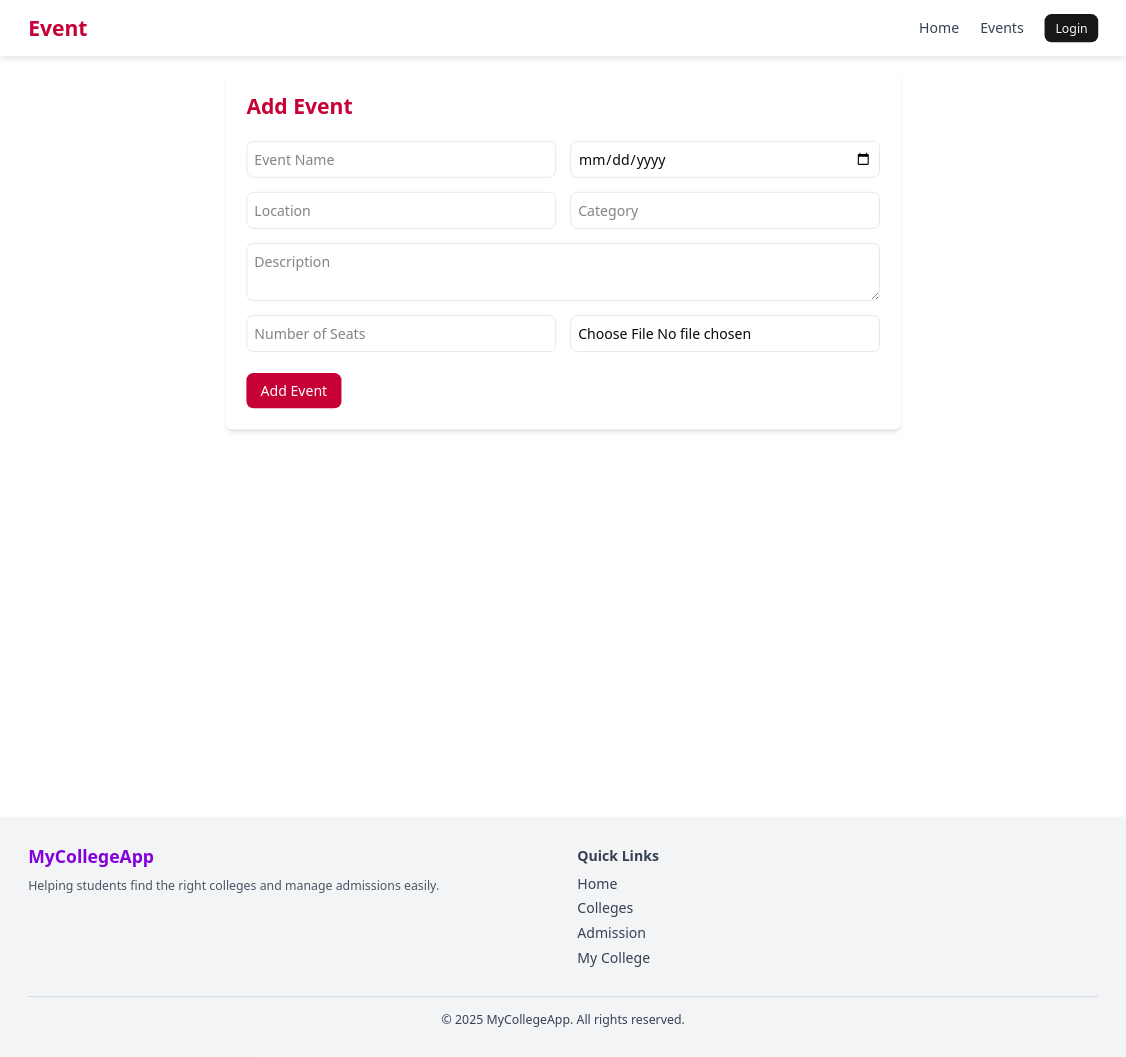
Repository: shshafin/event-client
Page: /add-event
An editor plug-in stored every save of this project. The page is shown before and after a run of saves, followed by the edit.
The browser window is 1280 px wide. The pictures show the whole page, at 88% of full size.
The page's requests for data from a server got no answer. The project was rebuilt for these pictures with package versions that can differ from the ones it lists, and the page was loaded fresh each time. The framework's server and built-in components were replaced by stand-ins that run in the browser. No one was signed in, and anything a server would have sent is missing. Also part of the build but not shown: next.config.ts, src/components/ui/dropdown-menu.tsx.

Above is the page before, as saved 2025-10-30 01:04:46.

### src/app/layout.tsx
import "@/styles/globals.css";
import { Viewport } from "next";
import clsx from "clsx";

import { fontSans } from "@/config/font";
import { Providers } from "@/lib/provider";

export const viewport: Viewport = {
  themeColor: [
    { media: "(prefers-color-scheme: light)", color: "white" },
    { media: "(prefers-color-scheme: dark)", color: "black" },
  ],
};

export default function RootLayout({
  children,
}: {
  children: React.ReactNode;
}) {
  return (
    <html
      suppressHydrationWarning
      lang="en">
      <head />
      <body
        className={clsx(
          "min-h-screen bg-background font-sans antialiased",
          fontSans.variable
        )}>
        <Providers>{children}</Providers>
      </body>
    </html>
  );
}

### src/app/(withCommonLayout)/layout.tsx
import Footer from "@/components/ui/Footer";
import Navbar from "@/components/ui/Navbar";
import React from "react";

const withCommonLayout = ({ children }: { children: React.ReactNode }) => {
  return (
    <div className="relative flex flex-col h-screen">
      <Navbar />
      <main>{children}</main>
      <Footer />
    </div>
  );
};

export default withCommonLayout;

### src/app/(withCommonLayout)/(admin)/add-event/page.tsx
"use client";

import { useState } from "react";
import { zodResolver } from "@hookform/resolvers/zod";
import * as z from "zod";
import { useAddEvent } from "@/hooks/event.hook";
import FXForm from "@/components/form/FXForm";
import { useFormContext } from "react-hook-form";

// Event validation schema
const eventSchema = z.object({
  name: z.string().min(1, "Event name is required"),
  date: z.string().min(1, "Date is required"),
  location: z.string().min(1, "Location is required"),
  category: z.string().min(1, "Category is required"),
  description: z.string().min(1, "Description is required"),
  numberOfSeats: z.number().min(1, "Number of seats must be at least 1"),
  image: z.any(),
});

type EventFormValues = z.infer<typeof eventSchema>;

// Input fields using useFormContext
const EventFormInputs = () => {
  const {
    register,
    formState: { errors },
  } = useFormContext<EventFormValues>();

  return (
    <div className="grid gap-4 sm:grid-cols-1 md:grid-cols-2">
      <div className="flex flex-col">
        <input
          type="text"
          placeholder="Event Name"
          {...register("name")}
          className="border p-2 rounded-md w-full"
        />
        {errors.name && (
          <p className="text-red-500 text-sm">{errors.name.message}</p>
        )}
      </div>

      <div className="flex flex-col">
        <input
          type="date"
          {...register("date")}
          className="border p-2 rounded-md w-full"
        />
        {errors.date && (
          <p className="text-red-500 text-sm">{errors.date.message}</p>
        )}
      </div>

      <div className="flex flex-col">
        <input
          type="text"
          placeholder="Location"
          {...register("location")}
          className="border p-2 rounded-md w-full"
        />
        {errors.location && (
          <p className="text-red-500 text-sm">{errors.location.message}</p>
        )}
      </div>

      <div className="flex flex-col">
        <input
          type="text"
          placeholder="Category"
          {...register("category")}
          className="border p-2 rounded-md w-full"
        />
        {errors.category && (
          <p className="text-red-500 text-sm">{errors.category.message}</p>
        )}
      </div>

      <div className="flex flex-col md:col-span-2">
        <textarea
          placeholder="Description"
          {...register("description")}
          className="border p-2 rounded-md w-full"
        />
        {errors.description && (
          <p className="text-red-500 text-sm">{errors.description.message}</p>
        )}
      </div>

      <div className="flex flex-col">
        <input
          type="number"
          placeholder="Number of Seats"
          {...register("numberOfSeats", { valueAsNumber: true })}
          className="border p-2 rounded-md w-full"
        />
        {errors.numberOfSeats && (
          <p className="text-red-500 text-sm">{errors.numberOfSeats.message}</p>
        )}
      </div>

      <div className="flex flex-col">
        <input
          type="file"
          accept="image/*"
          {...register("image")}
          className="border p-2 rounded-md w-full"
        />
      </div>
    </div>
  );
};

export default function AddEventPage() {
  const { mutateAsync, isPending } = useAddEvent();
  const [error, setError] = useState<string | null>(null);

  const handleSubmit = async (data: EventFormValues) => {
    try {
      const formData = new FormData();
      formData.append("name", data.name);
      formData.append("date", data.date);
      formData.append("location", data.location);
      formData.append("category", data.category);
      formData.append("description", data.description);
      formData.append("numberOfSeats", data.numberOfSeats.toString());

      if (data.image?.length > 0) {
        formData.append("image", data.image[0]);
      }

      await mutateAsync(formData);
      alert("Event created successfully!");
    } catch (err: any) {
      setError(err.message || "Failed to create event");
    }
  };

  return (
    <section className="h-200">
      <div className="max-w-3xl mx-auto mt-20 p-4 sm:p-6 bg-white shadow-md rounded-md">
        <h2 className="text-2xl font-bold mb-6 text-rose-700 text-center sm:text-left">
          Add Event
        </h2>

        <FXForm
          onSubmit={handleSubmit}
          resolver={zodResolver(eventSchema)}>
          <EventFormInputs />

          {error && <p className="text-red-500 mt-2">{error}</p>}

          <button
            type="submit"
            disabled={isPending}
            className="mt-6 w-full sm:w-auto bg-rose-700 text-white py-2 px-4 rounded-md hover:bg-rose-800 transition-colors duration-200">
            {isPending ? "Submitting..." : "Add Event"}
          </button>
        </FXForm>
      </div>
    </section>
  );
}

### src/lib/provider/index.tsx
"use client";

import * as React from "react";
import { QueryClient, QueryClientProvider } from "@tanstack/react-query";
import { Toaster } from "sonner";
import UserProvider from "@/context/user.provider";

export interface ProvidersProps {
  children: React.ReactNode;
}

export function Providers({ children }: ProvidersProps) {
  const queryClient = new QueryClient();

  return (
    <QueryClientProvider client={queryClient}>
      <UserProvider>
        <Toaster
          richColors
          position="top-center"
          closeButton
        />
        {children}
      </UserProvider>
    </QueryClientProvider>
  );
}

### src/components/ui/Footer.tsx
"use client";

import Link from "next/link";

export default function Footer() {
  return (
    <footer className="bg-gray-100 dark:bg-gray-900 text-gray-700 dark:text-gray-300 py-8 mt-12">
      <div className="max-w-7xl mx-auto px-4 sm:px-6 lg:px-8">
        <div className="grid grid-cols-1 md:grid-cols-2 gap-8">
          {/* Logo & description */}
          <div>
            <span className="font-bold text-xl text-purple-700">
              MyCollegeApp
            </span>
            <p className="mt-2 text-sm text-gray-600 dark:text-gray-400">
              Helping students find the right colleges and manage admissions
              easily.
            </p>
          </div>

          {/* Quick Links */}
          <div>
            <h3 className="font-semibold mb-2">Quick Links</h3>
            <ul className="space-y-1">
              <li>
                <Link
                  href="/"
                  className="hover:text-purple-700">
                  Home
                </Link>
              </li>
              <li>
                <Link
                  href="/college"
                  className="hover:text-purple-700">
                  Colleges
                </Link>
              </li>
              <li>
                <Link
                  href="/admission"
                  className="hover:text-purple-700">
                  Admission
                </Link>
              </li>
              <li>
                <Link
                  href="/my-college"
                  className="hover:text-purple-700">
                  My College
                </Link>
              </li>
            </ul>
          </div>
        </div>

        <div className="mt-8 border-t border-gray-300 dark:border-gray-700 pt-4 text-center text-sm">
          © {new Date().getFullYear()} MyCollegeApp. All rights reserved.
        </div>
      </div>
    </footer>
  );
}

### src/hooks/event.hook.ts
import {
  addEvent,
  getEventById,
  getEvents,
  searchEventsByName,
} from "@/services/Event-Service";
import { useQuery, useMutation } from "@tanstack/react-query";

// ✅ Get all events
export const useGetEvents = () => {
  return useQuery({
    queryKey: ["GET_EVENTS"],
    queryFn: async () => await getEvents(),
  });
};

// ✅ Get single event by ID
export const useGetEventById = (id: string) => {
  return useQuery({
    queryKey: ["GET_EVENT", id],
    queryFn: async () => await getEventById(id),
    enabled: !!id,
  });
};

// ✅ Search events by name
export const useSearchEvents = (name: string) => {
  return useQuery({
    queryKey: ["SEARCH_EVENTS", name],
    queryFn: async () => await searchEventsByName(name),
    enabled: !!name,
  });
};

// ✅ Add new event (admin only)
export const useAddEvent = () => {
  return useMutation({
    mutationFn: async (formData: FormData) => await addEvent(formData),
  });
};

### src/components/form/FXForm.tsx
"use client";

import { FormProvider, SubmitHandler, useForm } from "react-hook-form";

interface formConfig {
  defaultValues?: Record<string, any>;
  resolver?: any;
}

interface IProps extends formConfig {
  onSubmit: SubmitHandler<any>;
  children: React.ReactNode;
}

const FXForm = ({ children, onSubmit, defaultValues, resolver }: IProps) => {
  const formConfig: formConfig = {};
  if (!!defaultValues) {
    formConfig["defaultValues"] = defaultValues;
  }
  if (!!resolver) {
    formConfig["resolver"] = resolver;
  }
  const methods = useForm(formConfig);
  const submitHandler = methods.handleSubmit;
  return (
    <FormProvider {...methods}>
      <form onSubmit={submitHandler(onSubmit)}>{children}</form>
    </FormProvider>
  );
};

export default FXForm;

### src/context/user.provider.tsx
"use client";

import {
  createContext,
  Dispatch,
  SetStateAction,
  useContext,
  useEffect,
  useState,
} from "react";
import { IUser } from "../types";
import { getCurrentUser } from "../services/AuthService";

interface IUserProviderValues {
  user: IUser | null;
  isLoading: boolean;
  setUser: (user: IUser | null) => void;
  setIsLoading: Dispatch<SetStateAction<boolean>>;
}

const UserContext = createContext<IUserProviderValues | undefined>(undefined);

const UserProvider = ({ children }: { children: React.ReactNode }) => {
  const [user, setUser] = useState<IUser | null>(null);
  const [isLoading, setIsLoading] = useState(true);

  const handleUser = async () => {
    try {
      const user = await getCurrentUser();
      setUser(user);
    } catch (error) {
      console.error("Failed to fetch user:", error);
      setUser(null);
    } finally {
      setIsLoading(false);
    }
  };

  useEffect(() => {
    handleUser();
  }, []);

  return (
    <UserContext.Provider value={{ user, setUser, isLoading, setIsLoading }}>
      {children}
    </UserContext.Provider>
  );
};

export const useUser = () => {
  const context = useContext(UserContext);

  if (context === undefined) {
    throw new Error("useUser must be used within the UserProvider context");
  }

  return context;
};

export default UserProvider;

### src/components/ui/button.tsx
import * as React from "react"
import { Slot } from "@radix-ui/react-slot"
import { cva, type VariantProps } from "class-variance-authority"

import { cn } from "@/lib/utils"

const buttonVariants = cva(
  "inline-flex items-center justify-center gap-2 whitespace-nowrap rounded-md text-sm font-medium transition-all disabled:pointer-events-none disabled:opacity-50 [&_svg]:pointer-events-none [&_svg:not([class*='size-'])]:size-4 shrink-0 [&_svg]:shrink-0 outline-none focus-visible:border-ring focus-visible:ring-ring/50 focus-visible:ring-[3px] aria-invalid:ring-destructive/20 dark:aria-invalid:ring-destructive/40 aria-invalid:border-destructive",
  {
    variants: {
      variant: {
        default: "bg-primary text-primary-foreground hover:bg-primary/90",
        destructive:
          "bg-destructive text-white hover:bg-destructive/90 focus-visible:ring-destructive/20 dark:focus-visible:ring-destructive/40 dark:bg-destructive/60",
        outline:
          "border bg-background shadow-xs hover:bg-accent hover:text-accent-foreground dark:bg-input/30 dark:border-input dark:hover:bg-input/50",
        secondary:
          "bg-secondary text-secondary-foreground hover:bg-secondary/80",
        ghost:
          "hover:bg-accent hover:text-accent-foreground dark:hover:bg-accent/50",
        link: "text-primary underline-offset-4 hover:underline",
      },
      size: {
        default: "h-9 px-4 py-2 has-[>svg]:px-3",
        sm: "h-8 rounded-md gap-1.5 px-3 has-[>svg]:px-2.5",
        lg: "h-10 rounded-md px-6 has-[>svg]:px-4",
        icon: "size-9",
        "icon-sm": "size-8",
        "icon-lg": "size-10",
      },
    },
    defaultVariants: {
      variant: "default",
      size: "default",
    },
  }
)

function Button({
  className,
  variant,
  size,
  asChild = false,
  ...props
}: React.ComponentProps<"button"> &
  VariantProps<typeof buttonVariants> & {
    asChild?: boolean
  }) {
  const Comp = asChild ? Slot : "button"

  return (
    <Comp
      data-slot="button"
      className={cn(buttonVariants({ variant, size, className }))}
      {...props}
    />
  )
}

export { Button, buttonVariants }

### src/services/AuthService/index.ts
"use server";
import { axiosInstance } from "@/lib/AxiosInstance";
import { cookies } from "next/headers";
import { FieldValues } from "react-hook-form";

// ! Register User
export const registerUser = async (userData: FieldValues) => {
  try {
    const { data } = await axiosInstance.post("/users/register", userData);
    return data;
  } catch (error: any) {
    throw new Error(error);
  }
};

// ! Login User
export const loginUser = async (userData: FieldValues) => {
  try {
    const { data } = await axiosInstance.post("/auth/login", userData);
    if (data?.success) {
      (await cookies()).set("access_token", data?.data?.accessToken);
    }
    return data;
  } catch (error: any) {
    throw new Error(error);
  }
};

// ! Logout User
export const logoutUser = async () => {
  (await cookies()).delete("access_token");
};

// ! get user
export const getCurrentUser = async () => {
  const accessToken = (await cookies()).get("access_token")?.value;

  if (!accessToken) return null;

  try {
    const { data } = await axiosInstance.get("/auth/me", {
      headers: {
        Authorization: `Bearer ${accessToken}`,
      },
    });

    return data;
  } catch (err) {
    console.error("Failed to fetch current user:", err);
    return null;
  }
};

### src/services/Event-Service/index.ts
"use server";

import { axiosInstance } from "@/lib/AxiosInstance";
import { getToken } from "../AdmissionService";

// Get all events
export const getEvents = async () => {
  try {
    const { data } = await axiosInstance.get("/events/all");
    return data;
  } catch (error: any) {
    throw new Error(error?.response?.data?.message || "Failed to fetch events");
  }
};

// Get single event by ID
export const getEventById = async (id: string) => {
  try {
    const { data } = await axiosInstance.get(`/events/${id}`);
    return data;
  } catch (error: any) {
    throw new Error(error?.response?.data?.message || "Failed to fetch event");
  }
};

// Add new event (admin only)
export const addEvent = async (payload: FormData) => {
  try {
    const token = await getToken();

    const { data } = await axiosInstance.post("/events/create", payload, {
      headers: {
        Authorization: `Bearer ${token}`,
        "Content-Type": "multipart/form-data",
      },
    });

    return data;
  } catch (error: any) {
    throw new Error(error?.response?.data?.message || "Failed to create event");
  }
};

// Search events by name
export const searchEventsByName = async (name: string) => {
  try {
    const { data } = await axiosInstance.get("/events/search", {
      params: { name },
    });
    return data;
  } catch (error: any) {
    throw new Error(
      error?.response?.data?.message || "Failed to search events"
    );
  }
};

### src/lib/AxiosInstance/index.ts
"use server";

import { envConfig } from "@/config/envConfig";
import axios from "axios";
import { cookies } from "next/headers";

export const axiosInstance = axios.create({
  baseURL: envConfig.base_Api,
});

axiosInstance.interceptors.request.use(
  async (config) => {
    try {
      const cookieStore = await cookies(); //
      const cookie = cookieStore.get("accessToken");
      const accessToken = cookie?.value;

      if (accessToken && config.headers) {
        config.headers.Authorization = `Bearer ${accessToken}`;
      }

      return config;
    } catch (err) {
      console.error("Axios request interceptor error:", err);
      return config;
    }
  },
  (error) => {
    return Promise.reject(error);
  }
);

axiosInstance.interceptors.response.use(
  (response) => response,
  (error) => {
    console.error(
      "Axios response error:",
      error.response?.data || error.message
    );
    return Promise.reject(error);
  }
);

### src/services/AdmissionService/index.ts
"use server";

import { axiosInstance } from "@/lib/AxiosInstance";
import { cookies } from "next/headers";

// Helper to get token from cookies
export const getToken = async () => {
  const cookieStore = await cookies();
  const token = cookieStore.get("access_token")?.value;
  if (!token)
    throw new Error("Authentication token not found. Please login again.");
  return token;
};

// Create Admission
export const createAdmission = async (formData: FormData) => {
  try {
    const token = await getToken();

    const { data } = await axiosInstance.post("/admissions/create", formData, {
      headers: {
        "Content-Type": "multipart/form-data",
        Authorization: `Bearer ${token}`,
      },
    });

    console.log("Admission created successfully:", data);
    return data;
  } catch (error: any) {
    console.error(
      "Create admission error:",
      error.response?.data || error.message
    );
    throw new Error(
      error.response?.data?.message ||
        "Failed to create admission. Please try again."
    );
  }
};

// Get My Admissions
export const getMyAdmissions = async () => {
  try {
    const token = await getToken();

    const { data } = await axiosInstance.get("/admissions/my", {
      headers: {
        Authorization: `Bearer ${token}`,
      },
    });

    console.log("My admissions retrieved:", data);
    return data;
  } catch (error: any) {
    console.error(
      "Get my admissions error:",
      error.response?.data || error.message
    );
    throw new Error(
      error.response?.data?.message || "Failed to fetch your admissions."
    );
  }
};

// Get Admission by ID
export const getAdmissionById = async (id: string) => {
  try {
    const token = await getToken();

    const { data } = await axiosInstance.get(`/admissions/${id}`, {
      headers: {
        Authorization: `Bearer ${token}`,
      },
    });

    return data;
  } catch (error: any) {
    console.error(
      "Get admission by ID error:",
      error.response?.data || error.message
    );
    throw new Error(
      error.response?.data?.message || "Failed to fetch admission details."
    );
  }
};

// edit Admission
export const editAdmission = async (id: any, admissionData: any) => {
  try {
    const token = await getToken();

    const { data } = await axiosInstance.patch(
      `/admissions/update/${id}`,
      admissionData,
      {
        headers: {
          "Content-Type": "application/json",
          Authorization: `Bearer ${token}`,
        },
      }
    );

    console.log("Admission updated successfully:", data);
    return data;
  } catch (error: any) {
    console.error(
      "Edit admission error:",
      error.response?.data || error.message
    );
    throw new Error(
      error.response?.data?.message ||
        "Failed to update admission. Please try again."
    );
  }
};

### src/config/envConfig.ts
export const envConfig = {
  base_Api: process.env.NEXT_PUBLIC_BASE_API,
  base_Url: process.env.NEXT_PUBLIC_BASE_URL,
};

Loaded but not shown: src/styles/globals.css (common file); src/config/font.ts (common file); src/lib/utils.ts (common file); src/components/ui/Navbar.tsx (200 lines, source omitted)

After the next 2 saves:
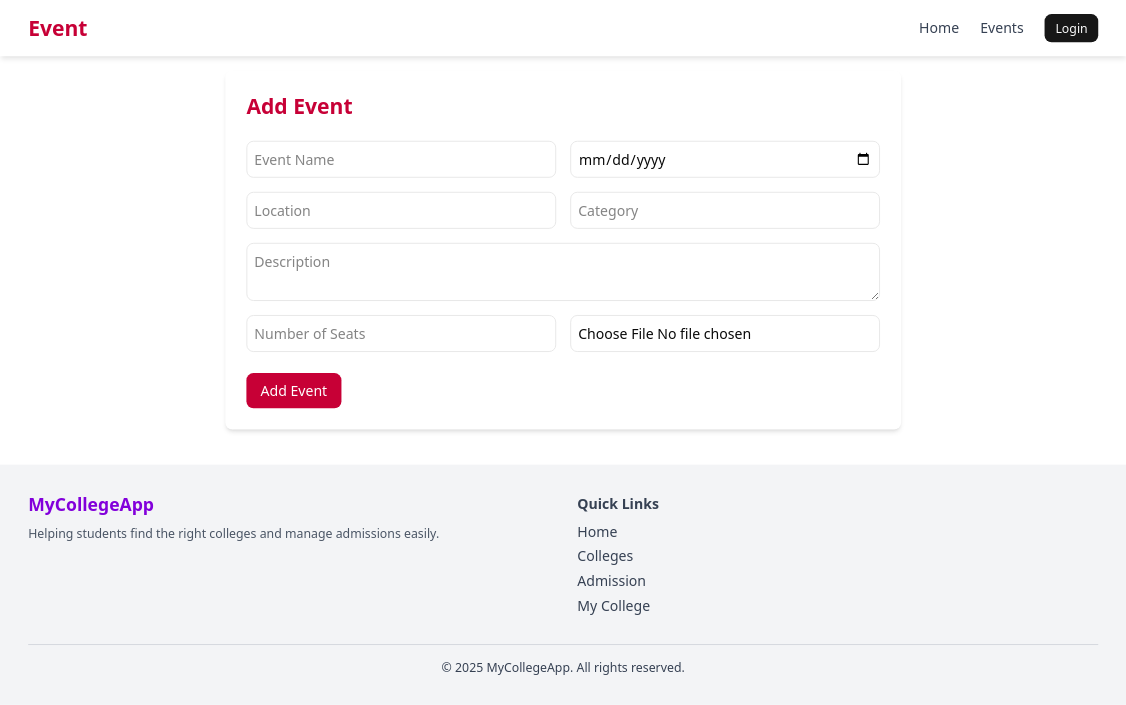
The 2 saves are shown as one change because they came seconds apart.
The last was saved 8 s later.
--- a/src/app/(withCommonLayout)/(admin)/add-event/page.tsx
+++ b/src/app/(withCommonLayout)/(admin)/add-event/page.tsx
@@ -137,7 +137,7 @@ export default function AddEventPage() {
   };
 
   return (
-    <section className="h-200">
+    <section className="h-100">
       <div className="max-w-3xl mx-auto mt-20 p-4 sm:p-6 bg-white shadow-md rounded-md">
         <h2 className="text-2xl font-bold mb-6 text-rose-700 text-center sm:text-left">
           Add Event
